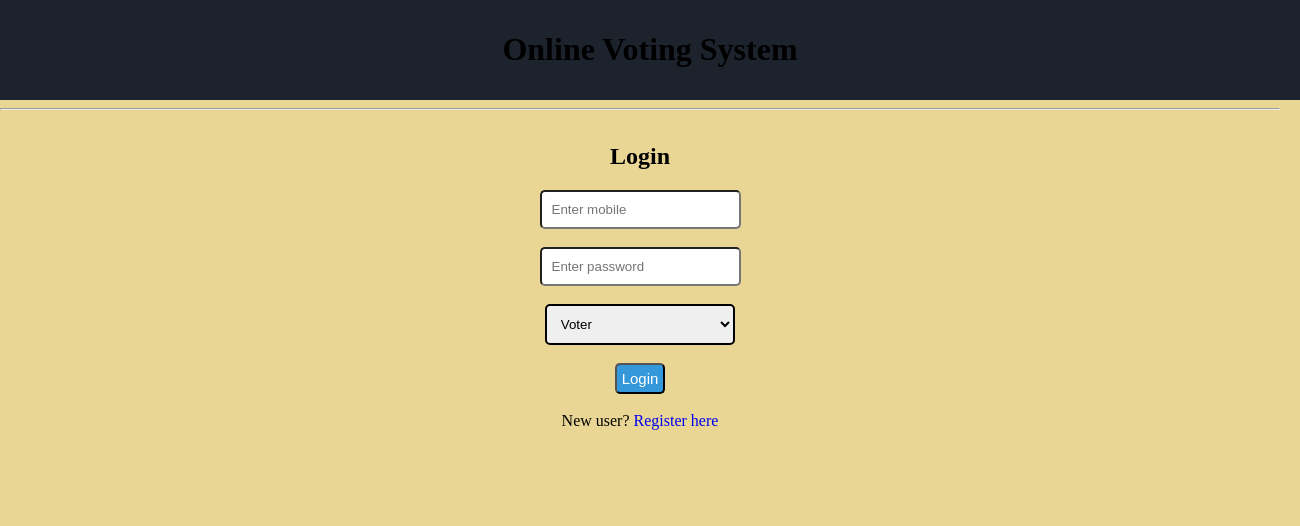
Repository: LeLoUcH-V-BrItAnIa/voting
Page: http://localhost/
An editor plug-in stored every save of this project. The page is shown before and after a run of saves, followed by the edit.
The browser window is 1280 px wide. The page is 1300 px wide, so the pictures cover 1300 px, including what lies to the right of the window. The pictures show the whole page.
The page is run by PHP 8.4 with error messages shown; the project is at /var/www/html/.

Above is the page before, as saved 2023-08-31 11:42:05.

### online-voting-system/index.php
<html>
    <head>
        <title>Online voting system - Home</title>
        <link rel="stylesheet" href="css/stylesheet.css">
    </head>
    <body>

            <center>
            <div id="headerSection" >
            <h1>Online Voting System</h1>
            </div>
            <hr>

            <div id="loginSection">
                <h2>Login</h2>
                <form action="api/login.php" method="POST">

                    <input type="number" name="mob" placeholder="Enter mobile" required><br><br>
                    <input type="password" name="pass" placeholder="Enter password" required><br><br>
                    <select name="role" style="width: 15%; border: 2px solid black">
                        <option value="1">Voter</option>
                        <option value="2">Group</option>
                    </select><br><br>
                    <button id="loginbtn" type="submit" name="loginbtn">Login</button><br><br>
                    New user? <a href="routes/register.php">Register here</a>
                </form>
            </div>

            </center>
    </body>
</html>

### online-voting-system/css/stylesheet.css
body,html{
  margin: 0;
  height: 100%;

}
input {
  padding: 10px;
  border-radius: 5px;
}

select {
  padding: 10px;
  border-radius: 5px;
}

#upload {
  padding: 10px;
  border-radius: 5px;
  border: 2px solid black;
}

#headerSection {
  text-align: center;
  background-color: rgb(28, 35, 44);
  padding: 10px;
  width: 100%;
  font-family: Cursive;
}

#loginSection {
  padding: 5px;
}

body {
  background-color: #e9d694;
}

#loginbtn {
  padding: 5px;
  font-size: 15px;
  background-color: #3498db;
  color: white;
  border-radius: 5px;
}

#reglink {
  padding: 5px;
  font-size: 15px;
  background-color: #3498db;
  color: white;
  border-radius: 5px;
  text-decoration: none;
}

a {
  text-decoration: none;
}

#mainSection {
  padding: 10px;
}

#profileSection {
  width: 30%;
  float: left;
  background-color: white;
  padding: 20px;
}

#groupSection {
  width: 60%;
  float: right;
  background-color: white;
  padding: 20px;
}

#back-button {
  float: left;
  margin-left: 20px;
  margin-top: 20px;
  padding: 5px;
  font-size: 15px;
  background-color: #3498db;
  color: white;
  border-radius: 5px;
}

#logout-button {
  float: right;
  margin-right: 20px;
  margin-top: 20px;
  padding: 5px;
  font-size: 15px;
  background-color: #3498db;
  color: white;
  border-radius: 5px;
}

After the next 2 saves:
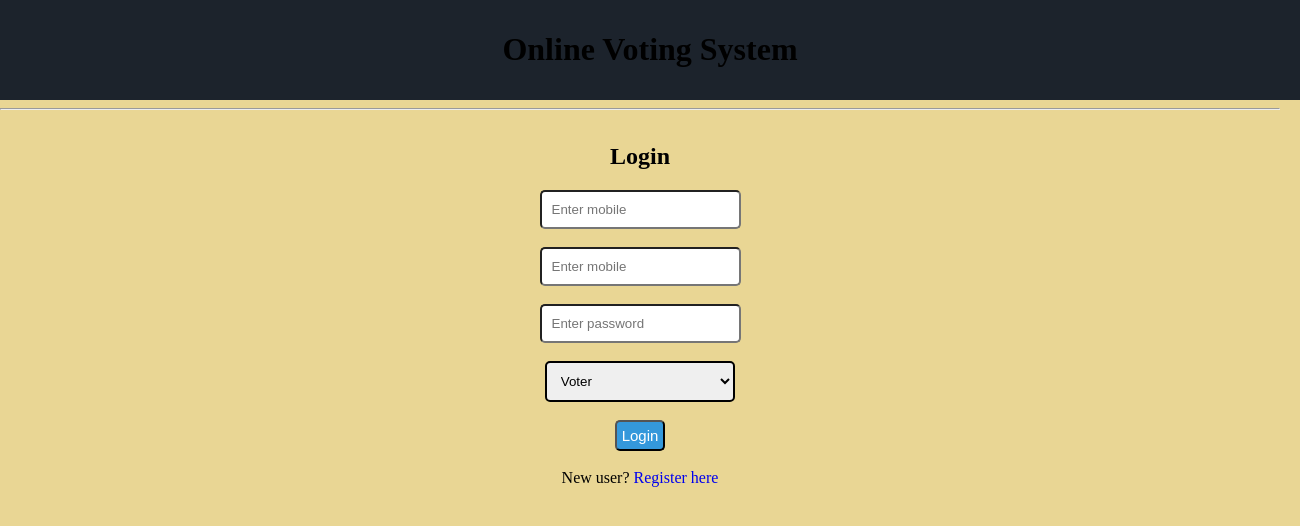
The 2 saves are shown as one change because they came seconds apart.
The last was saved 3 min 31 s later.
--- a/online-voting-system/index.php
+++ b/online-voting-system/index.php
@@ -14,7 +14,7 @@
             <div id="loginSection">
                 <h2>Login</h2>
                 <form action="api/login.php" method="POST">
-
+                    <input type="number" name="mob" placeholder="Enter mobile" required><br><br>
                     <input type="number" name="mob" placeholder="Enter mobile" required><br><br>
                     <input type="password" name="pass" placeholder="Enter password" required><br><br>
                     <select name="role" style="width: 15%; border: 2px solid black">
